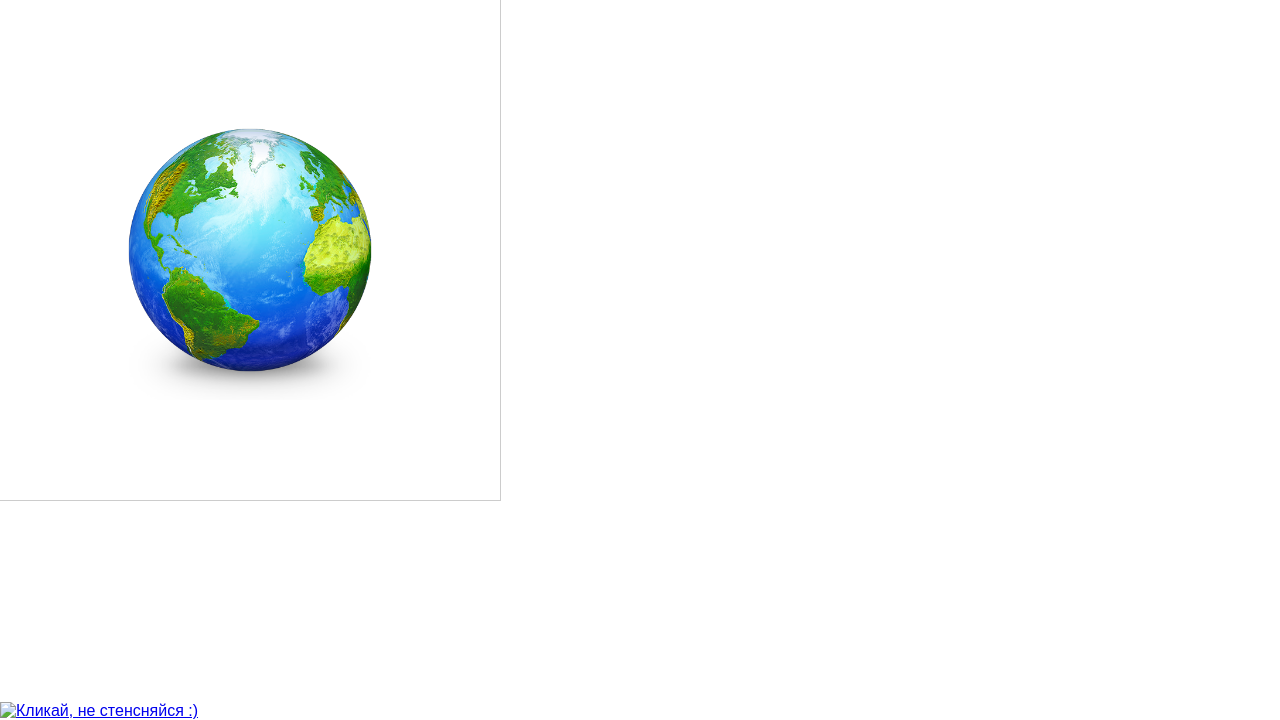
Repository: olallan/animation
Page: index.html
The author's editor kept a record of every edit. The page is drawn from the files as they stood at one moment, then again after the next edit.
The browser window is 1280 px wide. The pictures show the whole page.

Above is the page before.

### index.html
<!DOCTYPE html>
<html lang="ru">
  <head>
    <meta charset="UTF-8">
    <link rel="stylesheet" href="style.css">
    <link rel="icon" href="http://master-css.com/favicon.png">
    <title>Орбита луны на CSS3</title>
  </head>
  <body>
    <!--Copyright www.Master-CSS.com-->
    <div class="my-logo"><a href="http://master-css.com/go/22/"><img src="http://master-css.com/favicon.png" alt="Кликай, не стенсняйся :)" title="Кликай, не стенсняйся :)" class="my-logo__pic"></a></div>
    <!--end copyright-->

    <img src="images/earth.png" alt="Земля" class="earth"/>
    <img src="images/moon.png" alt="Луна" class="moon"/>
  </body>
</html>

### style.css
/*Copyright www.Master-CSS.com*/.my-logo{position:fixed;bottom:0;left:0;margin:0;padding:0;}.my-logo__pic{border:0;vertical-align:middle;}/*end copyright*/

body{
  margin: 0;
  padding: 0;
  font: 1em sans-serif;
}

.earth {
    width: 300px;
    padding: 100px;
    outline: 1px solid #ccc;
    position: relative;
    z-index: 1;
}

.moon {
  position: absolute;
  top: 170px;
  left: 170px;
  -webkit-animation: linear 5s orbita infinite;
  animation: linear 5s orbita infinite;
  z-index: 0;
}

@-webkit-keyframes orbita {
  0%{width: 72px;}
  24% {z-index: 0;}
  25%{left: 380px;top: 130px; z-index: 2;}
  50%{width: 128px;}
  74% {z-index: 2;}
  75%{top: 300px; left: 40px; z-index: 0;}
  100%{width: 72px;transform: rotate(360deg);}
}

@keyframes orbita {
  0%{width: 72px;}
  24% {z-index: 0;}
  25%{left: 380px;top: 130px; z-index: 2;}
  50%{width: 128px;}
  74% {z-index: 2;}
  75%{top: 300px; left: 40px; z-index: 0;}
  100%{width: 72px;transform: rotate(360deg);}
}

After the next edit:
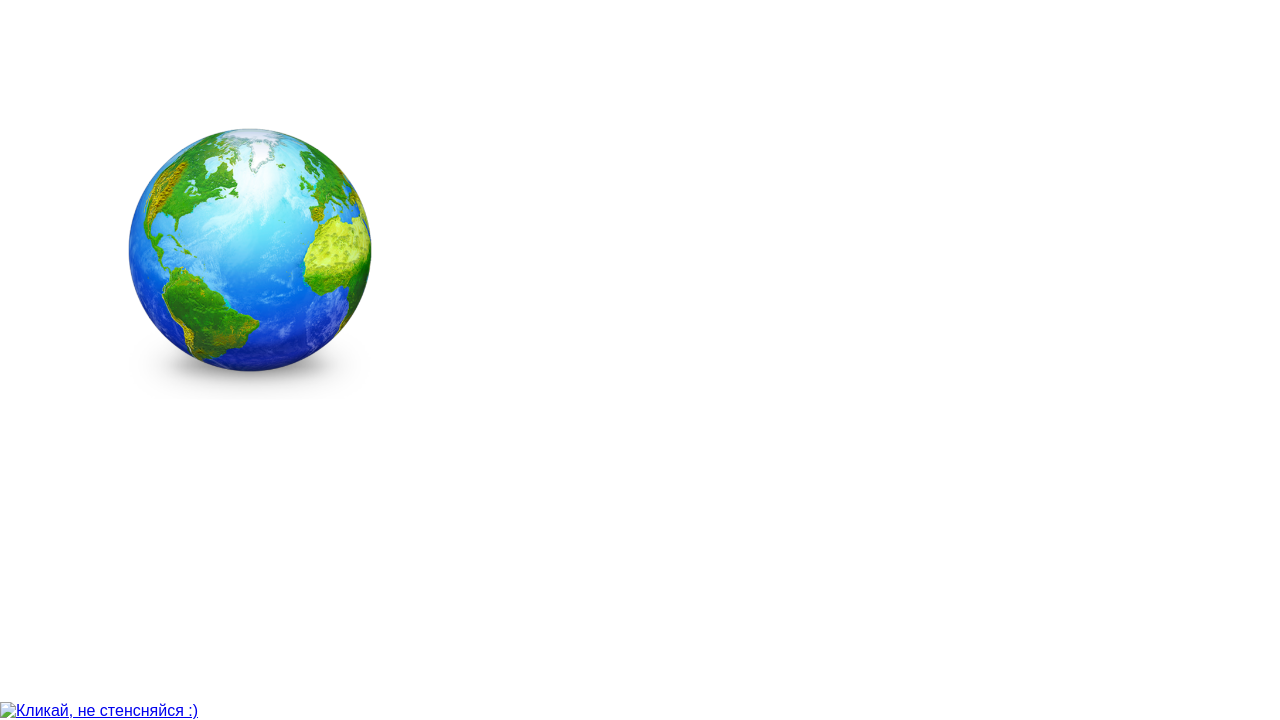
The edit:
--- a/style.css
+++ b/style.css
@@ -9,7 +9,6 @@
 .earth {
     width: 300px;
     padding: 100px;
-    outline: 1px solid #ccc;
     position: relative;
     z-index: 1;
 }
